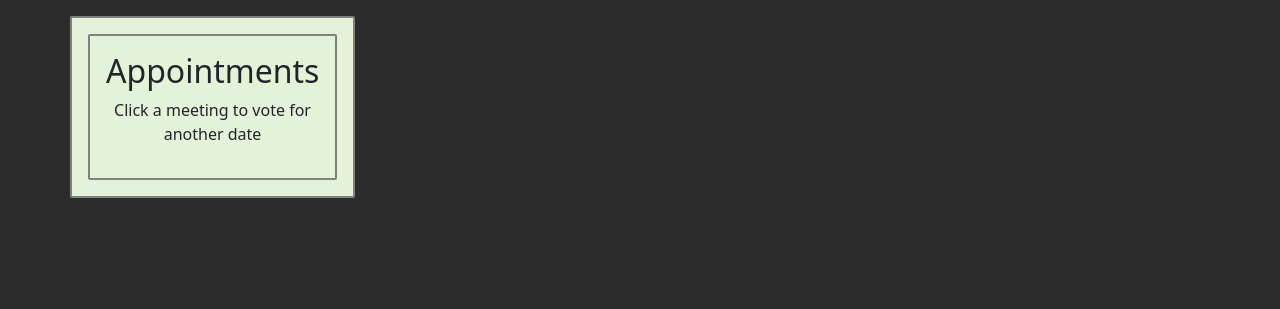
Repository: wlichon/Semesterprojekt
Page: index.html
An editor plug-in stored every save of this project. The page is shown before and after the next save, followed by the edit.
The browser window is 1280 px wide. The pictures show the whole page.
The page's requests for data from a server got no answer. Some web libraries are served in a nearby version.

Above is the page before, as saved 2022-04-22 16:54:50.

After the next save:
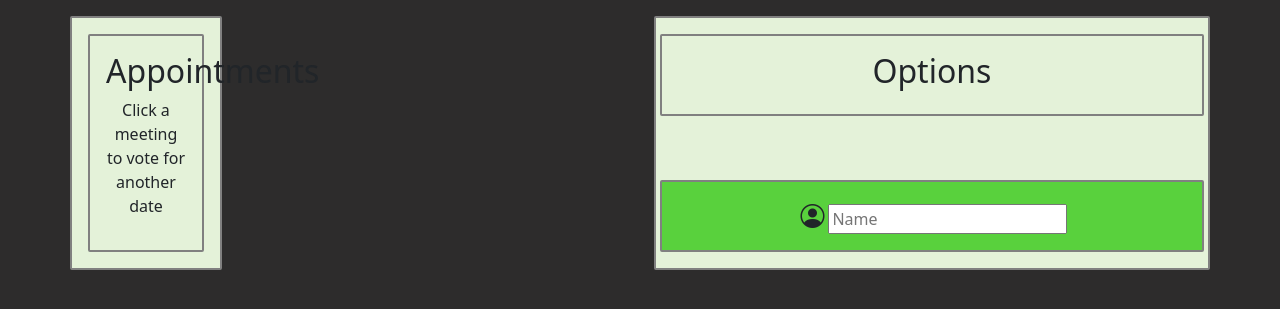
Console error: SyntaxError: Unexpected token ')'
Saved 9 s later.
--- a/frontend/script/script.js
+++ b/frontend/script/script.js
@@ -44,7 +44,8 @@
                         $("#" + counter).append("<h5 class = 'mt-3' > abgelaufen! </h5>");
                         $("#" + counter).addClass("unclickable");
                     }
-                    $("#" + counter).addClass("clickable");
+                    else {
+                        $("#" + counter).addClass("clickable");
                 counter++;
 
             });

After the save that followed:
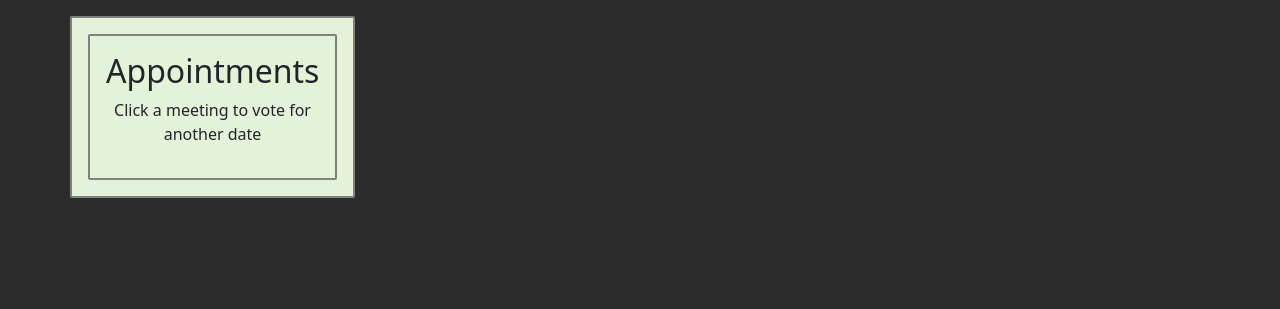
The error is gone.
Saved 8 s later.
--- a/frontend/script/script.js
+++ b/frontend/script/script.js
@@ -45,8 +45,9 @@
                         $("#" + counter).addClass("unclickable");
                     }
                     else {
-                        $("#" + counter).addClass("clickable");
-                counter++;
+                    $("#" + counter).addClass("clickable");
+                    }
+                    counter++;
 
             });
         },
